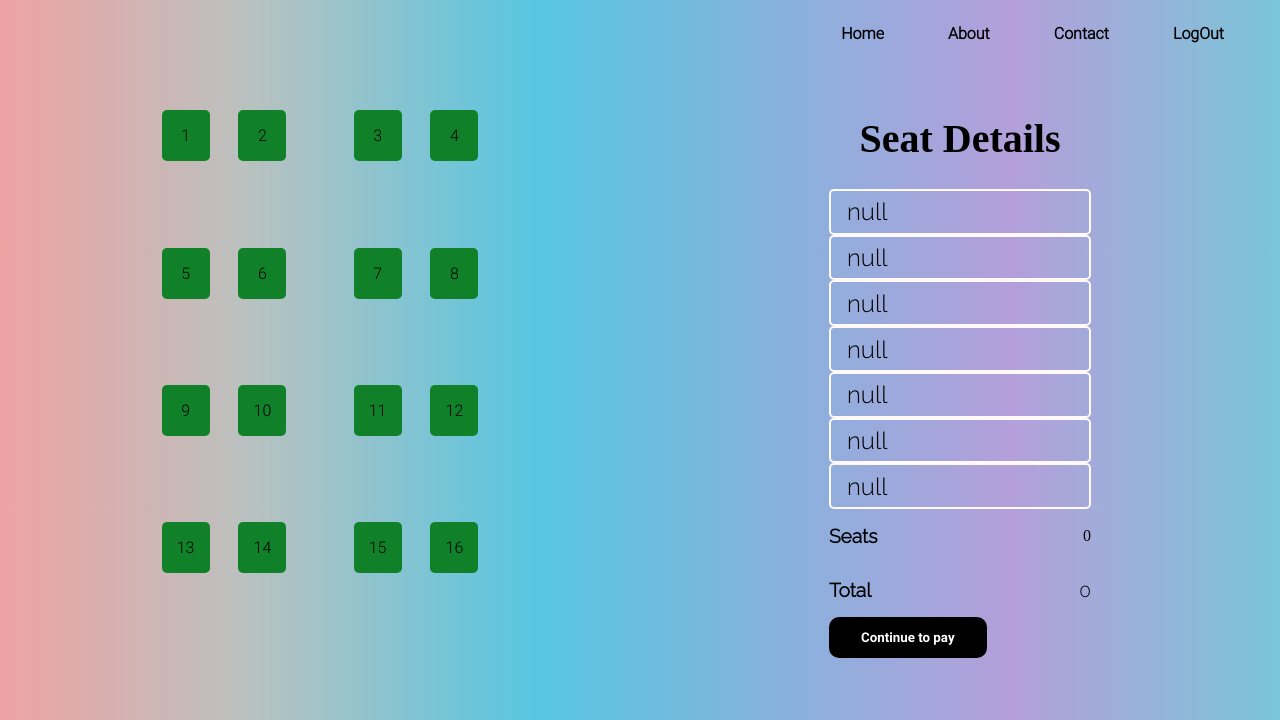
Repository: Savindushehan/RouteMaster-Group-project
Page: http://localhost/RouterMaster/UpdateBooking.jsp
An editor plug-in stored every save of this project. The page is shown before and after the next save, followed by the edit.
The browser window is 1280 px wide. The pictures show the whole page.
The page is served by Tomcat 10.

Above is the page before, as saved 2023-10-27 06:10:38.

After the next save:
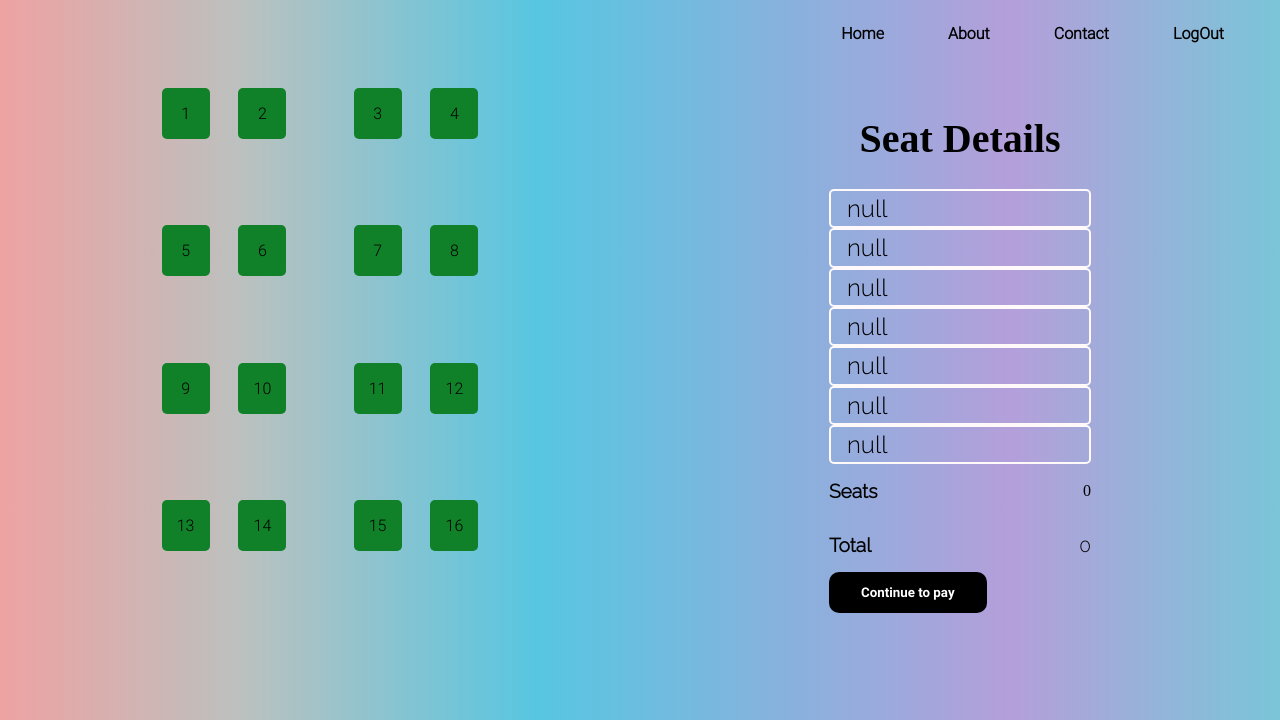
Saved 31 s later.
--- a/RouteMaster/RouterMaster/src/main/webapp/UpdateBooking.jsp
+++ b/RouteMaster/RouterMaster/src/main/webapp/UpdateBooking.jsp
@@ -149,12 +149,12 @@
         }
          input{
           font-size: 1.5rem;
-          font-family: 'Raleway-Light';
+          font-family:'Raleway-Light';
           width: 15rem;
           outline: none;
           padding-left: 1rem;
-          padding-top: 0.4rem;
-          padding-bottom: 0.4rem;
+          padding-top: 0.2rem;
+          padding-bottom: 0.2rem;
           border-radius: 5px;
           border: 2px solid red;
           border: none;
